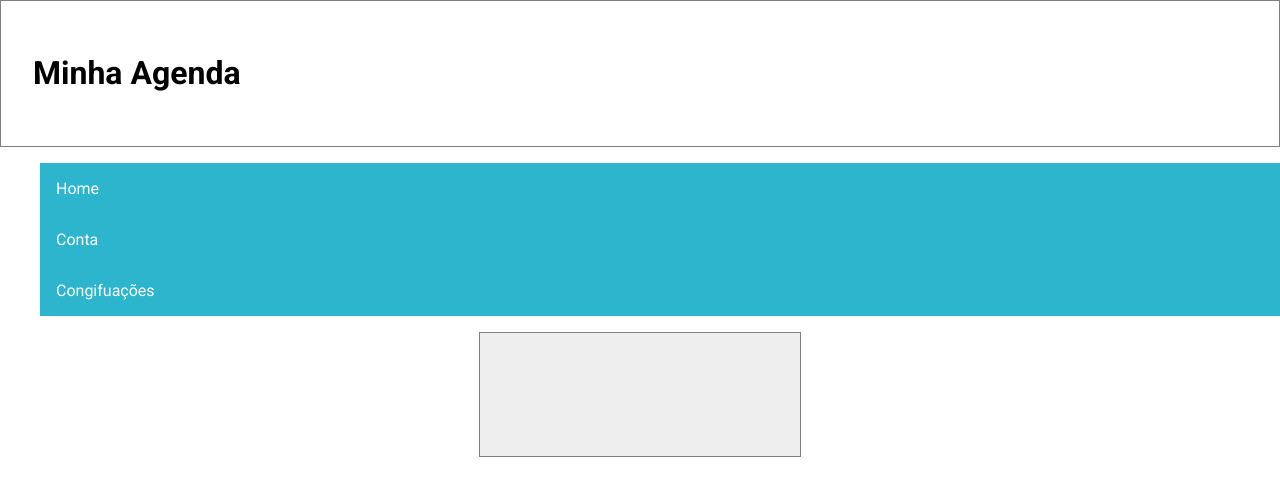
Repository: dgermano17/WebAppAgenda
Page: webapp3/WebContent/index.html
The author's editor kept a copy of each file at every save. The page is drawn from the files as they stood at one save, then again after the next save.
The browser window is 1280 px wide. The pictures show the whole page.

Above is the page before, as saved 2019-03-07 23:58:31.

### webapp3/WebContent/index.html
<!DOCTYPE html>
<html>
<head>
<meta charset="utf-8">
<title>Agenda</title>
<link rel="stylesheet" type="text/css" href="style.css">
<link href="https://fonts.googleapis.com/css?family=Roboto:400,700" rel="stylesheet">
</head>
<body>
	<div id="header">
		<h1>Minha Agenda</h1>
	</div>
	<div id="main">
		<ul id="mainNav">
			<li><a href="#">Home</a></li>
			<li><a href="#">Conta</a></li>
			<li><a href="#">Congifuações</a></li>

		</ul>

		<div class="card1">
			<h3>Bem-vindo a sua agenda!</h3>
		</div>
	</div>
</body>
</html>

### webapp3/WebContent/style.css
body{
	margin: 0;
	font-family: 'Roboto', sans-serif;
}
#header{
	padding: 2em;
	background-color: #fff;
	border: solid grey 1px;
}
.card1{
	text-align: center;
	padding: 2em;
	background-color: #EEE;
	color: #EEE;
	border: solid grey 1px;
	width: 20%;
	margin: 1em auto;
}

#mainNav li{
	display: block;
	background-color: #2db5ce;
	padding: 1em;
}
#mainNav li a{
	color: white;
	text-decoration: none;
}

After the next save:
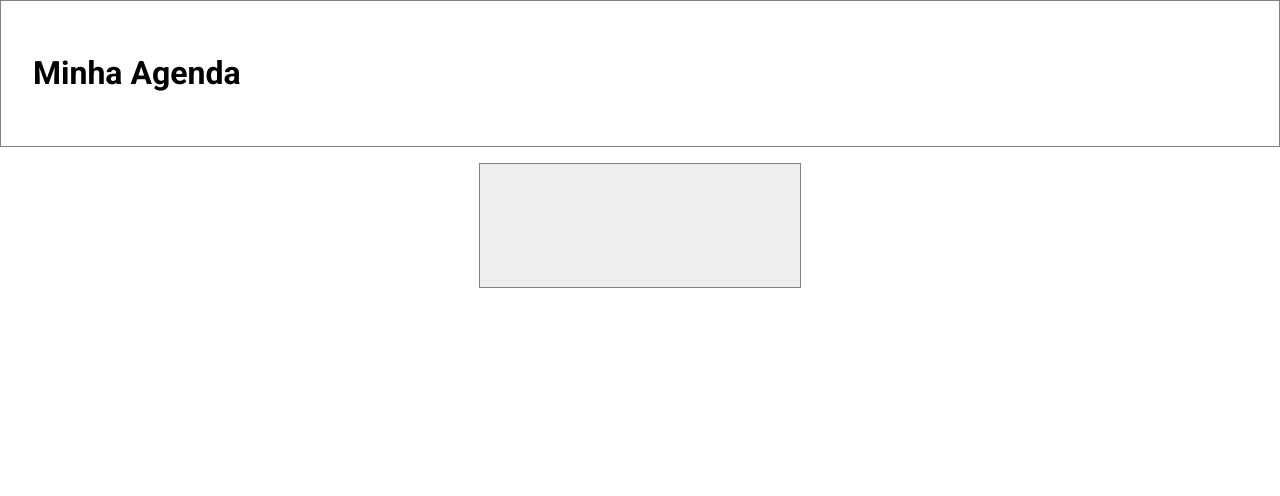
Saved 7 min 56 s later.
--- a/webapp3/WebContent/index.html
+++ b/webapp3/WebContent/index.html
@@ -11,12 +11,6 @@
 		<h1>Minha Agenda</h1>
 	</div>
 	<div id="main">
-		<ul id="mainNav">
-			<li><a href="#">Home</a></li>
-			<li><a href="#">Conta</a></li>
-			<li><a href="#">Congifuações</a></li>
-
-		</ul>
 
 		<div class="card1">
 			<h3>Bem-vindo a sua agenda!</h3>
